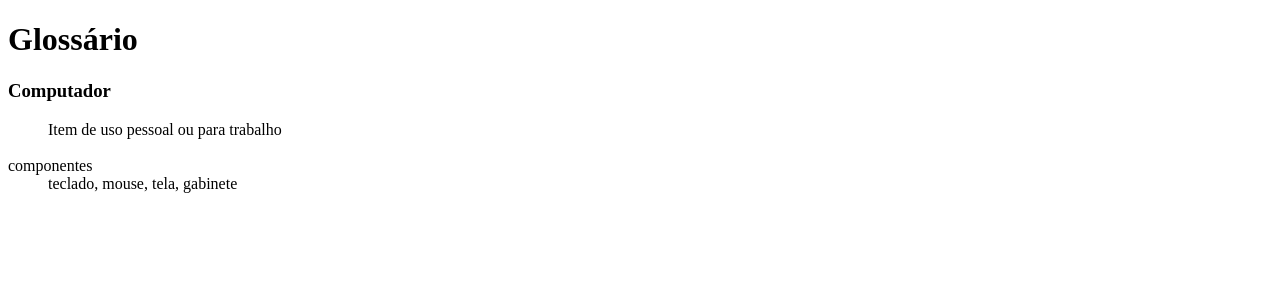
Repository: RenatoCCS/Mais1Code
Page: Rocketseat/Fundamentar/01 - O guia estelar de HTML/Desafios/1_Glossario/glossary.html
An editor plug-in stored every save of this project. The page is shown before and after a run of saves, followed by the edit.
The browser window is 1280 px wide. The pictures show the whole page.

Above is the page before, as saved 2022-04-18 20:33:08.

After the next 2 saves:
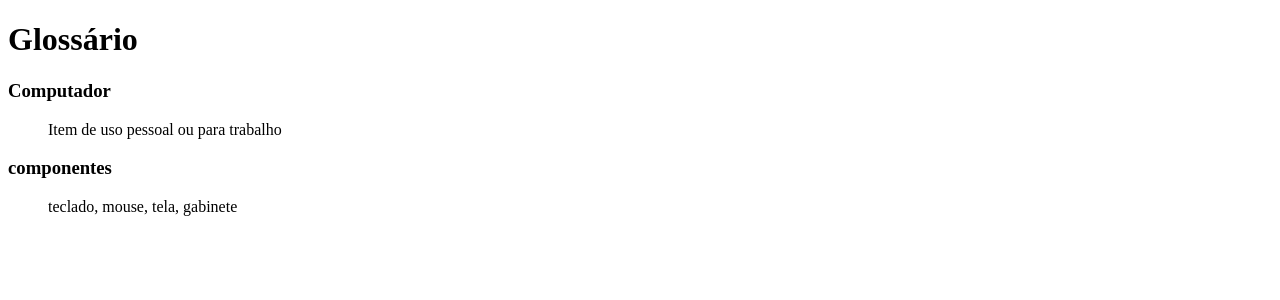
The 2 saves are shown as one change because they came seconds apart.
The last was saved 6 s later.
--- a/Rocketseat/Fundamentar/01 - O guia estelar de HTML/Desafios/1_Glossario/glossary.html
+++ b/Rocketseat/Fundamentar/01 - O guia estelar de HTML/Desafios/1_Glossario/glossary.html
@@ -13,7 +13,7 @@
     <h3><dt>Computador</dt></h3>
     <dd>Item de uso pessoal ou para trabalho</dd>
 
-    <h3></h3><dt>componentes</dt>
+    <h3><dt>componentes</dt></h3>
     <dd>teclado, mouse, tela, gabinete</dd>
 </dl>
 
